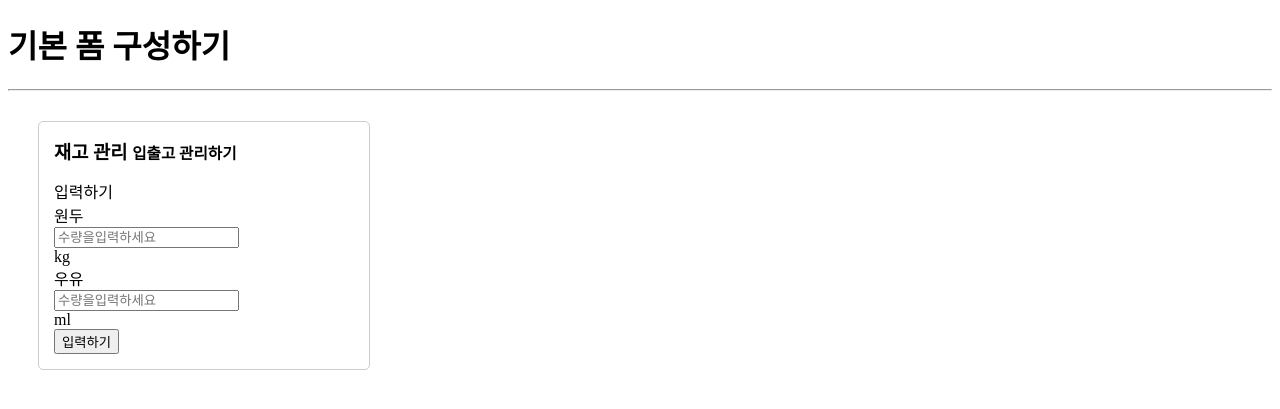
Repository: Umkimisstrong/UM_Webbb
Page: BootstrapApp/WebContent/BootEx06.html
The author's editor kept a copy of each file at every save. The page is drawn from the files as they stood at one save, then again after the next save.
The browser window is 1280 px wide. The pictures show the whole page.

Above is the page before, as saved 2022-05-16 03:33:36.

### BootstrapApp/WebContent/BootEx06.html
<!DOCTYPE html>
<html>
<head>
<meta charset="UTF-8">
<title>BootEx06.html</title>
<style type="text/css">
	#content
	{
		border: 1px solid #ccc;
		border-radius: 5px;
		width: 300px;
		padding: 15px;
		margin: 30px;
	}

	#content h3
	{
		margin: 0px;
		margin-bottom: 15px;
	}

</style>


</head>
<body>

<div>
	<h1>기본 폼 구성하기</h1>
	<hr />
</div>


<div id="content">
	<h3>재고 관리 <small>입출고 관리하기</small></h3>

	<form action="">

		<div>
			<label for="">입력하기</label>

			<!-- 『input-group』 : 접두어, 접미어, 컨트롤을 함께 묶어주는 역할 수행 -->
			<div class="input-group">
				<div class="input-group-addon">원두	</div>
					<input type="text" id="txtCount" placeholder="수량을입력하세요"
				 			 required="required" class="form-control"/>
				  <div class="input-group-addon">kg</div>

				  <div class="input-group">
				  	<div class="input-group-addon">우유</div>
						<input type="text" id="txtCheck" placeholder="수량을입력하세요"
				  			   required="required" class="form-control"/>
					<div class="input-group-addon">ml</div>

				  </div>

				  <input type="submit"  value="입력하기" class="btn btn-default"/>

			</div>
		</div>

	</form>
</div>










</body>
</html>

Loaded but not shown: BootstrapApp/WebContent/css/bootstrap.css (library); BootstrapApp/WebContent/js/bootstrap.min.js (library)

After the next save:
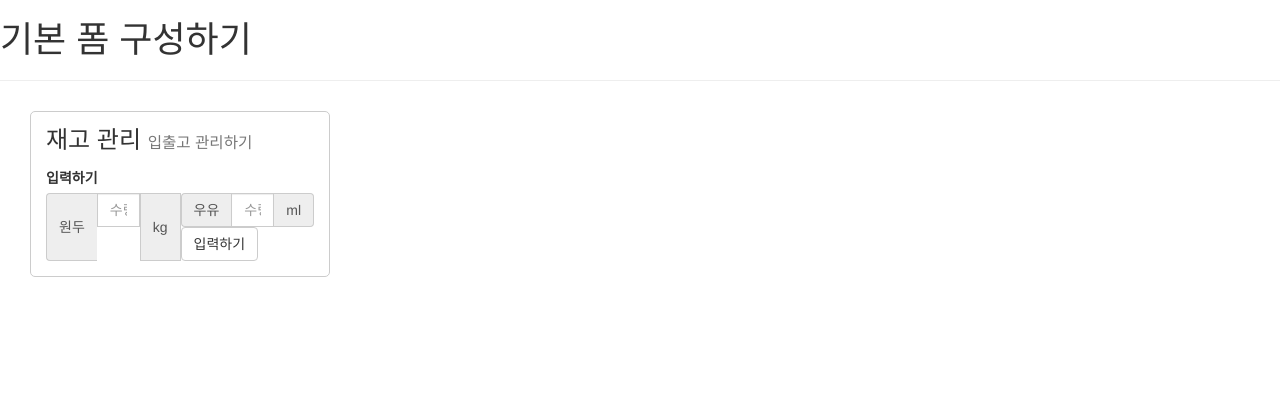
Saved 23 s later.
--- a/BootstrapApp/WebContent/BootEx06.html
+++ b/BootstrapApp/WebContent/BootEx06.html
@@ -3,6 +3,11 @@
 <head>
 <meta charset="UTF-8">
 <title>BootEx06.html</title>
+
+<link rel="stylesheet" type="text/css" href="css/bootstrap.css">
+<script type="text/javascript" src="http://code.jquery.com/jquery.min.js"></script>
+<script type="text/javascript" src="js/bootstrap.min.js"></script>
+
 <style type="text/css">
 	#content
 	{
